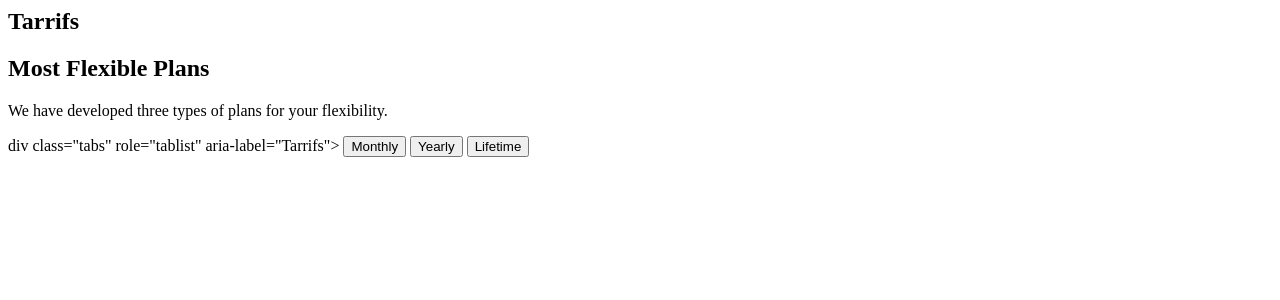
Repository: sanyathecreator/udrive-carsharing
Page: index.tarrifs.partial.html
These files come from the project's save history. The page is drawn as it stood at one moment and after the next save; the edit follows.
The browser window is 1280 px wide. The pictures show the whole page.

Above is the page before, as saved 2025-09-11 00:06:18.

After the next save:
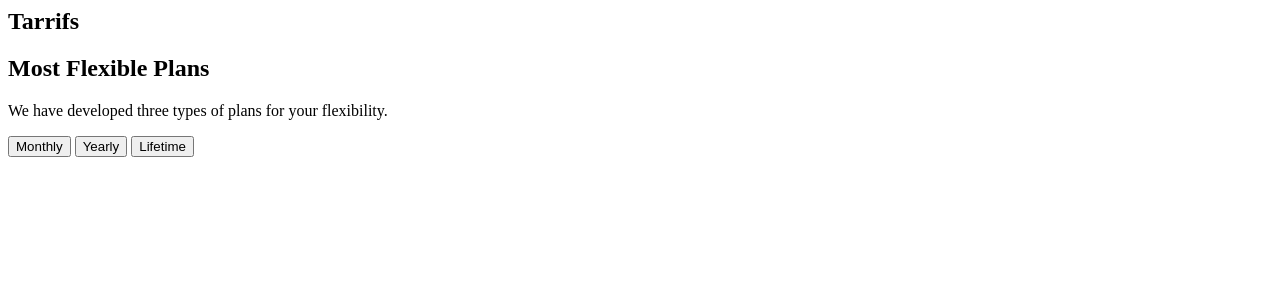
Saved 7 s later.
--- a/index.tarrifs.partial.html
+++ b/index.tarrifs.partial.html
@@ -5,7 +5,7 @@
       <p class="plans__payments-text">We have developed three types of plans for your flexibility.</p>
     </div>
 
-div class="tabs" role="tablist" aria-label="Tarrifs">
-  <button class="tabs__button tabs__button--active" role="tab" aria-selected="true" aria-controls="monthly" id="monthly-tab" tabindex="0">Monthly</button>
-  <button class="tabs__button" role="tab" aria-selected="false" aria-controls="yearly" id="yearly-tab" tabindex="-1">Yearly</button>
-  <button class="tabs__button" role="tab" aria-selected="false" aria-controls="lifetime" id="lifetime-tab" tabindex="-1">Lifetime</button>
+    <div class="tabs" role="tablist" aria-label="Tarrifs">
+      <button class="tabs__button tabs__button--active" role="tab" aria-selected="true" aria-controls="monthly" id="monthly-tab" tabindex="0">Monthly</button>
+      <button class="tabs__button" role="tab" aria-selected="false" aria-controls="yearly" id="yearly-tab" tabindex="-1">Yearly</button>
+      <button class="tabs__button" role="tab" aria-selected="false" aria-controls="lifetime" id="lifetime-tab" tabindex="-1">Lifetime</button>
